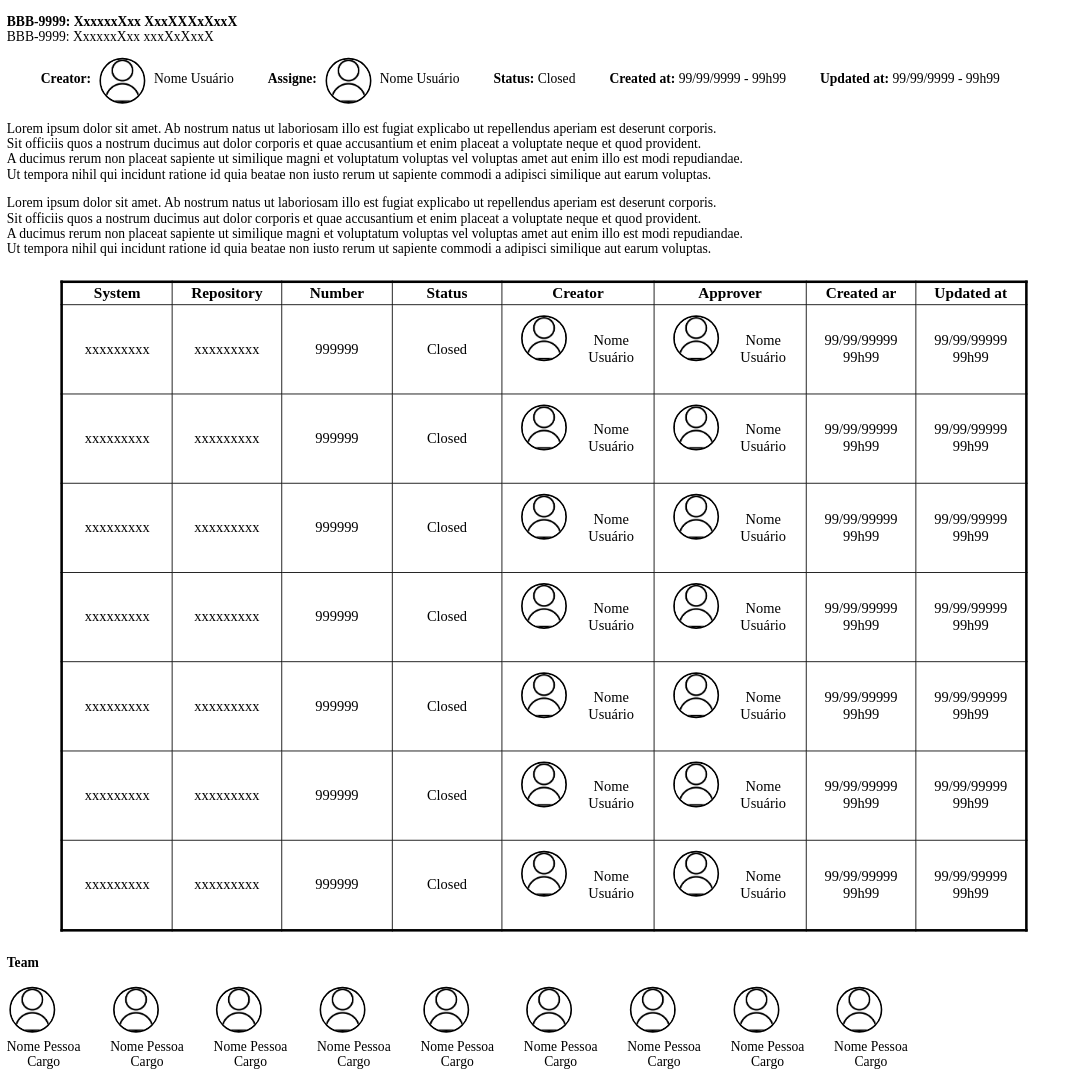
Repository: AnaBerlanda/PaginaFer
Page: index.html
These files come from the project's save history. The page is drawn as it stood at one moment and after the next save; the edit follows.
The browser window is 1280 px wide. The pictures show the whole page, at 85% of full size.

Above is the page before, as saved 2022-05-23 22:03:38.

After the next save:
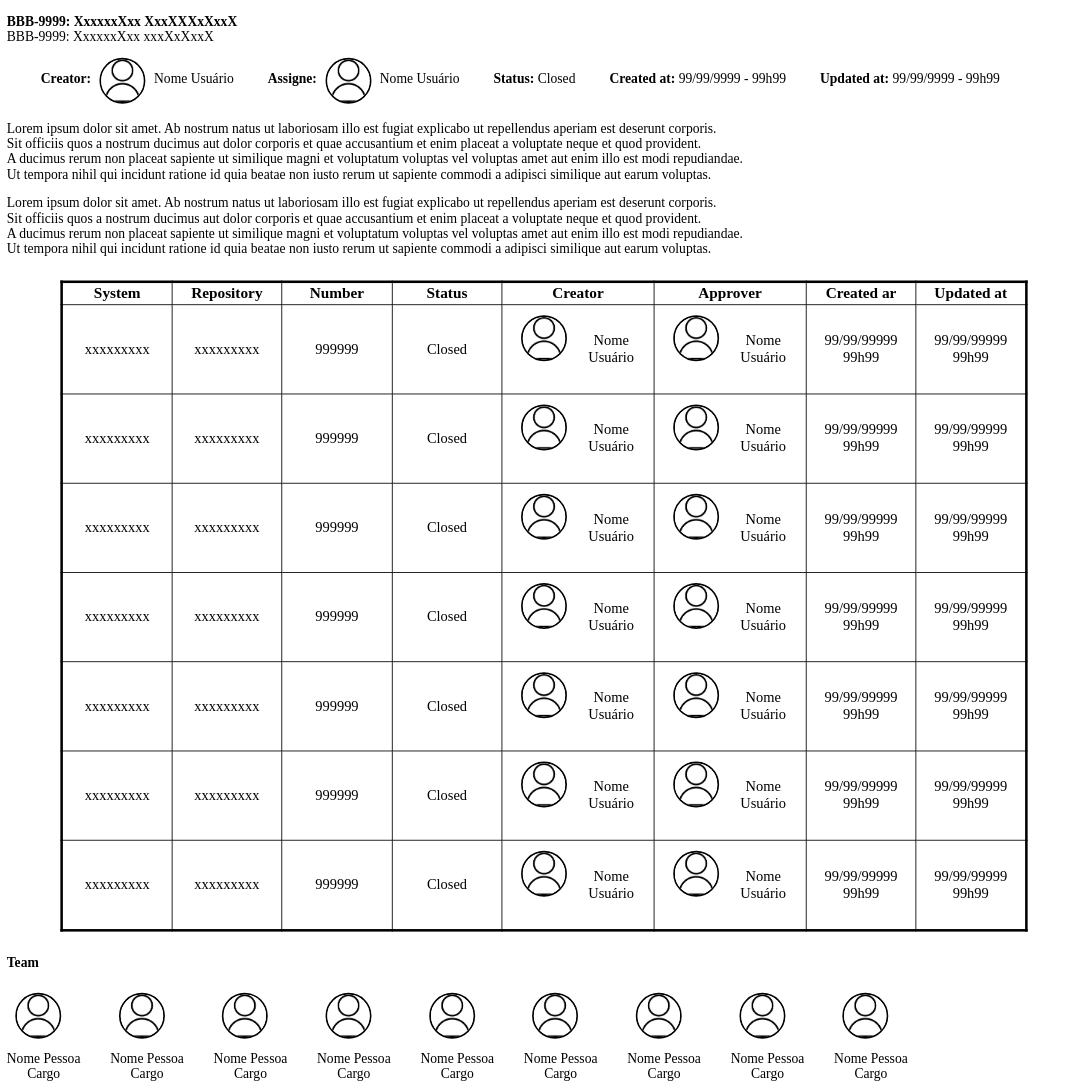
Saved 10 s later.
--- a/index.css
+++ b/index.css
@@ -53,7 +53,7 @@ table td {
     text-align: center;
 }
 .imagens-time .imagem img{
-    margin: 3px;
+    margin: 10px;
 
 }
 .imagens-time{
